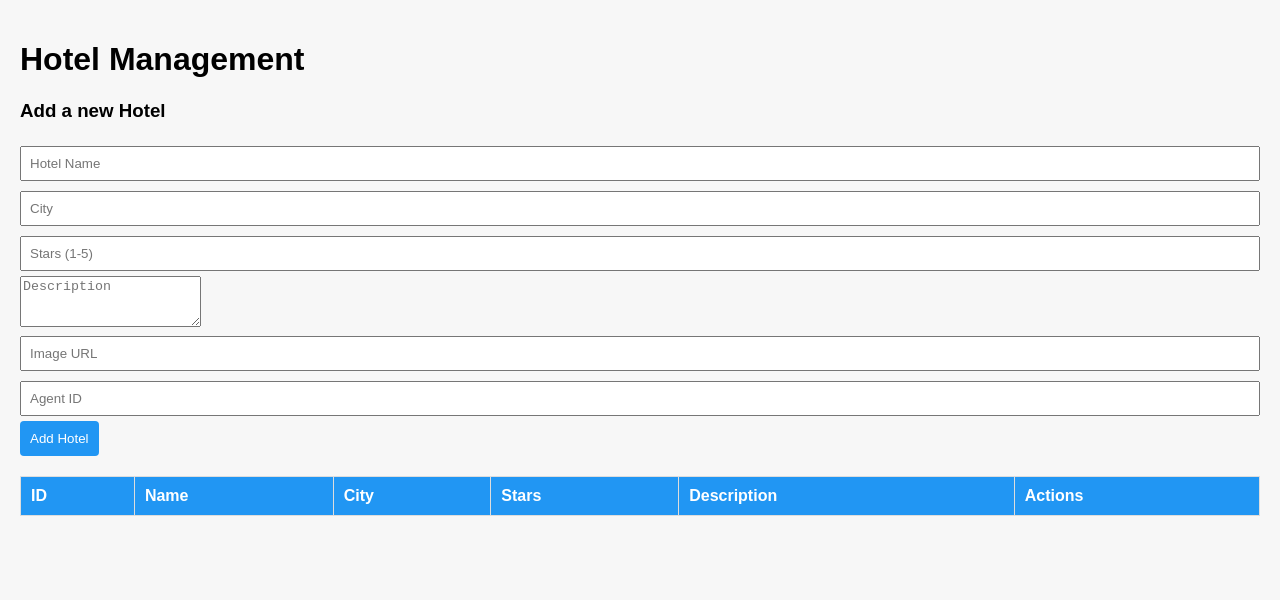
Repository: Trikisalem/examentp_jakarta
Page: http://localhost/hotel/admin/hotel.jsp
An editor plug-in stored every save of this project. The page is shown before and after the next save, followed by the edit.
The browser window is 1280 px wide. The pictures show the whole page.
The page is served by Tomcat 10. Nobody is signed in. The application's start-up code is not run. Queries for data that is not in the repository find no rows.

Above is the page before, as saved 2024-12-16 23:51:59.

After the next save:
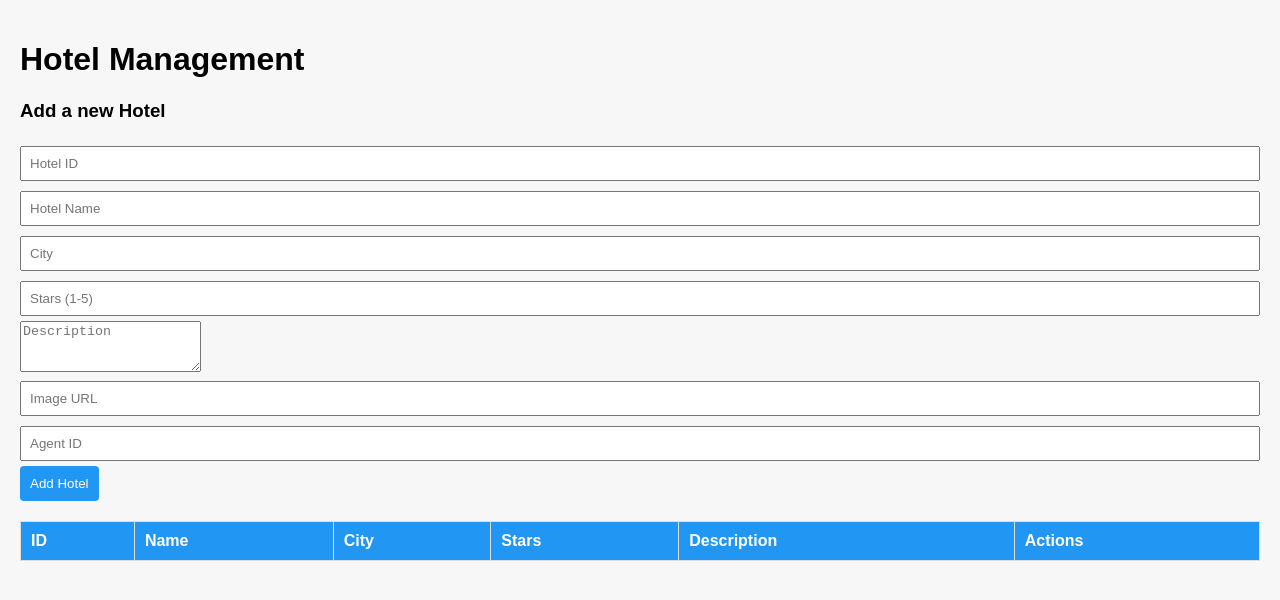
Saved 4 min 53 s later.
--- a/hotel/src/main/webapp/admin/hotel.jsp
+++ b/hotel/src/main/webapp/admin/hotel.jsp
@@ -67,19 +67,18 @@
 
 <!-- Formulaire pour ajouter un hôtel -->
 <div class="form-container">
-   <form method="post" action="addHotel.jsp">
-    <h3>Add a new Hotel</h3>
-    <input type="text" name="name" placeholder="Hotel Name" required>
-    <input type="text" name="city" placeholder="City" required>
-    <input type="number" name="stars" placeholder="Stars (1-5)" min="1" max="5" required>
-    <textarea name="description" placeholder="Description" rows="3" required></textarea>
-    <input type="text" name="image" placeholder="Image URL" required>
-    <input type="number" name="agent_id" placeholder="Agent ID" required>
+    <form method="post" action="addHotel.jsp">
+        <h3>Add a new Hotel</h3>
+        <input type="number" name="id" placeholder="Hotel ID" required> <!-- Nouveau champ ID -->
+        <input type="text" name="name" placeholder="Hotel Name" required>
+        <input type="text" name="city" placeholder="City" required>
+        <input type="number" name="stars" placeholder="Stars (1-5)" min="1" max="5" required>
+        <textarea name="description" placeholder="Description" rows="3" required></textarea>
+        <input type="text" name="image" placeholder="Image URL" required>
+        <input type="number" name="agent_id" placeholder="Agent ID" required>
 
-    <button type="submit">Add Hotel</button>
-  </form>
-
-
+        <button type="submit">Add Hotel</button>
+    </form>
 </div>
 
 <!-- Table pour afficher et gérer les hôtels -->
